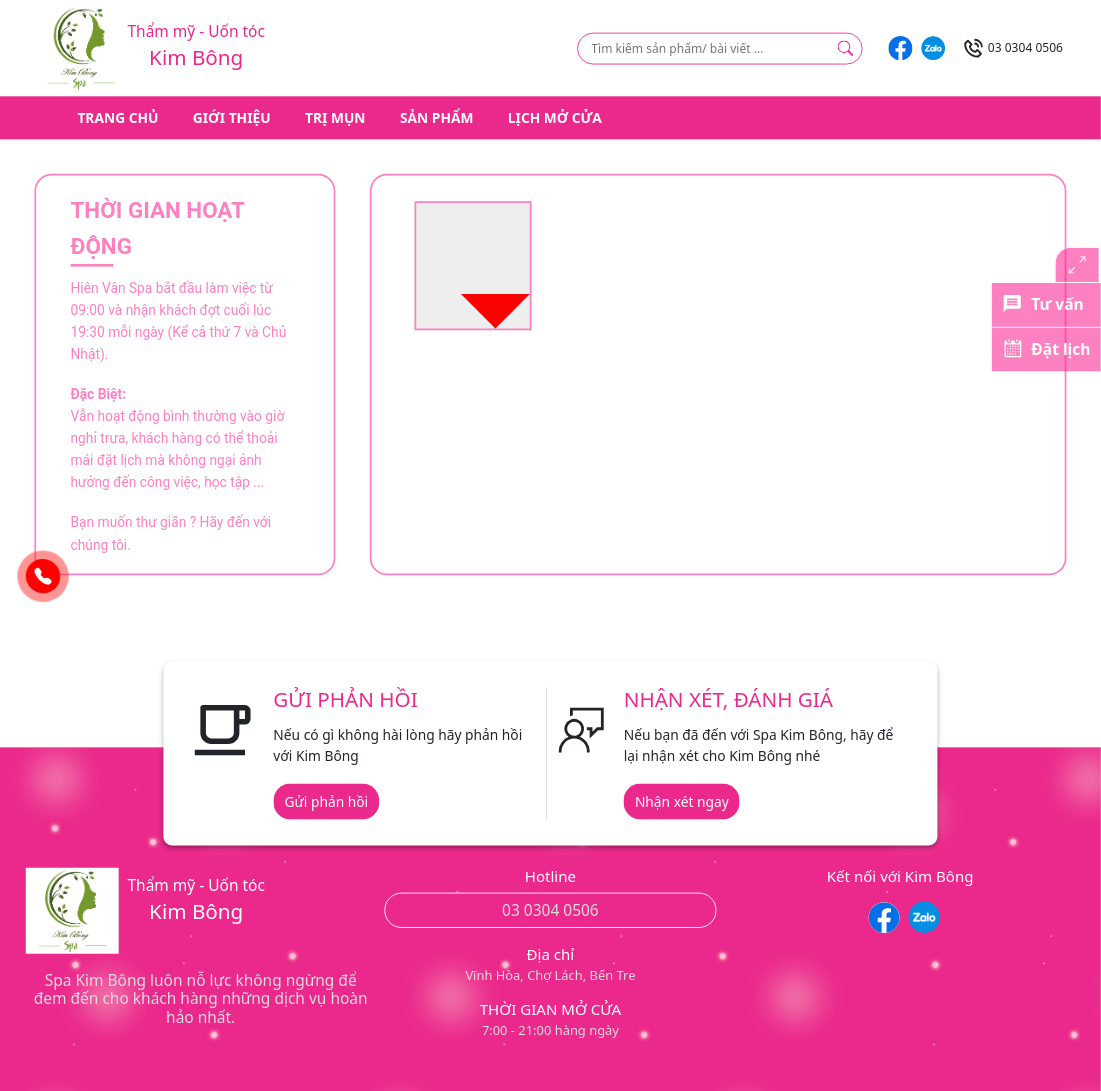
Repository: tranduykhuong/SpaKimBong
Page: /calendar
The author's editor kept a copy of each file at every save. The page is drawn from the files as they stood at one save, then again after the next save.
The browser window is 1280 px wide. The pictures show the whole page, at 86% of full size.
The project was rebuilt for these pictures with package versions that can differ from the ones it lists, and the page was loaded fresh each time. Also part of the build but not shown: src/components/Banner/banner.scss, src/components/Banner/Banner.js, src/pages/Home/home.scss, src/pages/Home/ListImage/listImage.scss, src/pages/Home/ListImage/ListImage.js, src/pages/Home/BookOnline/bookOnl.scss, src/pages/Home/BookOnline/Modal/ModalBook/modalbook.scss, src/pages/Home/BookOnline/Modal/ModalBook/modalbook.js and 24 more.

Above is the page before, as saved 2022-06-07 10:21:58.

### src/App.js
import "./App.scss";
import Header from "./components/Header/Header";
import Home from "./pages/Home/Home";
import "bootstrap/dist/css/bootstrap.min.css";
import { Route, Routes } from "react-router-dom";
import About from "./pages/About/About";
import Products from "./pages/Product/Products";
import ProductDetail from "./pages/Product/ProductDetail/ProductDetail";
import AcneTreatment from "./pages/AcneTreatment/AcneTreatment";
import ContactToolbox from "./components/ContactToolbox/ContactToolbox";
import BackToTop from "./components/BackToTop/BackToTop";
import PhoneTool from "./components/PhoneTool/PhoneTool";
import Calendar from "./pages/Calendar/Calendar";

function App() {
  return (
    <div className="App">
      <Header />
      <ContactToolbox />
      <BackToTop />
      <PhoneTool />
      <Routes>
        <Route path="/" element={<Home />} />
        <Route path="/about" element={<About />} />
        <Route path="/products" element={<Products />} />
        <Route path="/acne" element={<AcneTreatment />} />
        <Route path="/calendar" element={<Calendar />} />

        <Route path="/products/1" element={<ProductDetail />} />
      </Routes>
    </div>
  );
}

export default App;

### src/components/ContactToolbox/ContactToolbox.js
import React, { useState } from "react";
import "./contactToolbox.scss";
import { MdMessage } from "react-icons/md";
import { GoCalendar } from "react-icons/go";
import { BsArrowsAngleExpand } from "react-icons/bs";

const ContactToolbox = () => {
  const [hidden, setHidden] = useState(false);

  return (
    <div className="contactFixed">
      <div className="toolboxScroll" onClick={() => setHidden((prev) => !prev)}>
        <BsArrowsAngleExpand className="iconArrow" />
      </div>
      <div className={"toolboxList " + (hidden ? "hidden" : "open")}>
        <div className="advise toolboxItem">
          <MdMessage className="iconMessage" />
          <p>Tư vấn</p>
        </div>
        <div className="book toolboxItem">
          <GoCalendar className="iconCalendar" />
          <p>Đặt lịch</p>
        </div>
      </div>
    </div>
  );
};

export default ContactToolbox;

### src/components/BackToTop/BackToTop.js
import React, { useEffect, useState } from "react";
import "./backToTop.scss";
import { FaRegArrowAltCircleUp } from "react-icons/fa";

const BackToTop = () => {
  const [clicked, setClick] = useState(true);
  const [hiddenArrow, setHiddenArrow] = useState(true);

  useEffect(() => {
    const handleScroll = () => {
      if (window.scrollY > 550) setHiddenArrow(false);
      else setHiddenArrow(true);
    };
    window.addEventListener("scroll", handleScroll);
    return () => {
      window.removeEventListener("scroll", handleScroll);
    };
  }, []);

  useEffect(() => {
    window.scrollTo(0, 0);
  }, [clicked]);

  return (
    <div
      className={"backToTop " + (hiddenArrow ? "" : "show")}
      onClick={() => setClick((prev) => !prev)}
    >
      <FaRegArrowAltCircleUp className="icon" />
    </div>
  );
};

export default BackToTop;

### src/components/PhoneTool/PhoneTool.js
import React from "react";
import "./phoneTool.scss";
import { BsFillTelephoneFill } from "react-icons/bs";

const PhoneTool = () => {
  return (
    <div className="phoneTool">
      <div className="phone">
        <BsFillTelephoneFill className="iconPhone" />
      </div>
      <div className="circle"></div>
    </div>
  );
};

export default PhoneTool;

### src/pages/Calendar/Calendar.js
import React from "react";
import "./calendar.scss";
import Footer from "./../../components/Footer/Footer";

const Calendar = () => {
  return (
    <div>
      <div className="container-calendar">
        <div className="container-bg-calendar">
          <div className="calendar">
            <div className="calendar-content">
              <h3>THỜI GIAN HOẠT ĐỘNG</h3>
              <p>
                Hiên Vân Spa bắt đầu làm việc từ 09:00 và nhận khách đợt cuối
                lúc 19:30 mỗi ngày (Kể cả thứ 7 và Chủ Nhật).
              </p>
              <strong id="special">Đặc Biệt:</strong>
              <p>
                Vẫn hoạt động bình thường vào giờ nghỉ trưa, khách hàng có thể
                thoải mái đặt lịch mà không ngại ảnh hưởng đến công việc, học
                tập ...
              </p>
              <p>Bạn muốn thư giãn ? Hãy đến với chúng tôi.</p>
            </div>

            <div className="calendar-boxs-day">
              <div className="calendar-boxs">
                <div className="calendar-box">
                  {/* <p><strong>MONDAY</strong></p> */}
                </div>
                {/* <div className="calendar-box"></div>
                <div className="calendar-box"></div>
                <div className="calendar-box"></div>
                <div className="calendar-box"></div>
                <div className="calendar-box"></div>
                <div className="calendar-box"></div> */}
              </div>
            </div>
          </div>
        </div>
      </div>

      <Footer />
    </div>
  );
};

export default Calendar;

### src/components/Header/header.scss
@import '../../SCSS/base/variables.scss';
$height-navbar: 5rem;

.header {
    .mg-navbar {
        margin-bottom: $height-navbar;
    }

    .infor {
        max-width: 1200px;
        padding: .6rem 0;
        display: flex;
        justify-content: space-between;
        margin: 0 auto;

        .logo {
            display: flex;
            flex: 1;

            img {
                height: 10rem;
            }

            .nameSpa {
                color: $main-color;
                margin: auto 0;

                h4 {
                    font-size: 1.8rem;
                    font-weight: 500;
                }

                h2 {
                    font-size: 2.4rem;
                }
            }
        }


        .search {
            margin: auto 0;
            border-radius: 50px;
            border: solid .1rem $main-color;
            height: 37px;
            display: flex;

            input {
                font-size: 1.4rem;
                margin: auto 16px;
                min-width: 26rem;
                border: none;
                outline: none;
            }

            .icon {
                margin: auto 10px;
                cursor: pointer;
            }

            .iconSearch {
                width: 1.8rem;
                height: 1.8rem;
                color: $main-color;

                &:hover {
                    color: #f867b2;
                }
            }
        }

        .contact {
            display: flex;
            margin-left: 20px;

            .icon {
                margin: auto 0;
                margin-left: 10px;

            }

            .iconFacebook {
                width: 2.8rem;
                height: 2.8rem;
                color: rgba($color: #0570e6, $alpha: 1.0);
            }

            .iconZalo {
                width: 2.8rem;
                height: 2.8rem;
                border-radius: 50%;
            }

            .phone {
                margin: auto 0;
                margin-left: 20px;
                display: flex;

                .iconPhone {
                    width: 2.6rem;
                    height: 2.6rem;
                }

                h3 {
                    font-size: 1.4rem;
                    font-weight: 500;
                    margin: auto 4px;
                }
            }

        }
    }

    .fixedNavbar {
        position: fixed;
        top: 0;
        left: 0;
        z-index: 50;
        width: 100%;
        animation: fixedNavbar 1s forwards;
    }

    @keyframes fixedNavbar {
        from {
            top: -5rem;
            opacity: 0;
        }

        to {
            top: 0;
            opacity: 1;
        }
    }

    .myNavbar {
        height: $height-navbar;
        background-color: $main-color;

        .navbarContent {
            max-width: 1200px;
            margin: 0 auto;

            .navbarList {
                display: flex;
                margin: 0 1rem;
                // justify-content: space-evenly;

                li {
                    list-style: none;

                    a {
                        line-height: $height-navbar;
                        height: $height-navbar;
                        display: block;
                        color: #fff;
                        font-size: 1.6rem;
                        font-weight: 600;
                        text-decoration: none;
                        padding: 0 2rem;
                    }

                    &:hover {
                        background-color: #f844a1;
                        cursor: pointer;
                    }
                }

                .active {
                    background-color: #dd0876;
                }
            }
        }
    }
}

### src/components/Footer/Footer.js
import React, { useEffect } from "react";
import "./footer.scss";
import { BsFacebook } from "react-icons/bs";
import { RiCupLine } from "react-icons/ri";
import { VscFeedback } from "react-icons/vsc";

const Footer = () => {
  return (
    <div className="footer">
      <div className="logo">
        <div className="info">
          <img src="../../img/logoSpa.png" alt="" />
          <div className="nameSpa">
            <h4>Thẩm mỹ - Uốn tóc</h4>
            <h2>Kim Bông</h2>
          </div>
        </div>

        <h5>
          Spa Kim Bông luôn nỗ lực không ngừng để đem đến cho khách hàng những
          dịch vụ hoàn hảo nhất.
        </h5>
      </div>

      <div className="address">
        <h3>Hotline</h3>
        <div className="hotline">03 0304 0506</div>
        <h3>Địa chỉ</h3>
        <h4>Vĩnh Hòa, Chợ Lách, Bến Tre</h4>
        <h3>THỜI GIAN MỞ CỬA</h3>
        <h4>7:00 - 21:00 hàng ngày</h4>
      </div>
      <div className="contact">
        <h3>Kết nối với Kim Bông</h3>
        <a href="/" className="icon">
          <BsFacebook className="iconFacebook" />
        </a>
        <a href="/" className="icon">
          <img src="../../img/Zalo.png" alt="" className="iconZalo" />
        </a>
      </div>

      <div className="subFooter">
        <div className="report">
          <RiCupLine className="icon" />
          <div>
            <h3>Gửi phản hồi</h3>
            <p>Nếu có gì không hài lòng hãy phản hồi với Kim Bông</p>
            <div className="btn">Gửi phản hồi</div>
          </div>
        </div>
        <div className="feedback">
          <VscFeedback className="icon" />
          <div>
            <h3>Nhận xét, Đánh giá</h3>
            <p>
              Nếu bạn đã đến với Spa Kim Bông, hãy để lại nhận xét cho Kim Bông
              nhé
            </p>
            <div className="btn">Nhận xét ngay</div>
          </div>
        </div>
      </div>
    </div>
  );
};

export default Footer;

### src/components/ContactToolbox/contactToolbox.scss
.contactFixed {
    position: fixed;
    top: 50%;
    transform: translateY(-50%);
    right: 0;
    z-index: 100;
    cursor: pointer;

    .toolboxScroll {
        border-top-left-radius: 1.8rem;
        background-color: rgba($color: #fc2c97, $alpha: 0.6);
        width: 5rem;
        padding: 1rem;
        color: #fff;
        transform: translateX(149%);
        border-bottom: 1px solid #fff;

        .iconArrow {
            width: 2rem;
            height: 2rem;
        }
    }

    .toolboxList {
        background-color: rgba($color: #fc2c97, $alpha: 0.6);


        .toolboxItem {
            display: flex;
            padding: 1.2rem;
            color: #fff;

            p {
                font-size: 1.8rem;
                margin: 0;
                padding-left: 1rem;
                font-weight: 600;
            }
        }

        .advise {
            border-bottom: 1px solid #fff;

            .iconMessage {
                width: 2.4rem;
                height: 2.4rem;
            }
        }

        .book {

            .iconCalendar {
                width: 2.4rem;
                height: 2.4rem;
            }
        }
    }

    .hidden {
        animation: toRight 0.8s linear forwards;
    }

    .open {
        animation: toLeft 0.8s linear backwards;
    }

    @keyframes toRight {
        to {
            transform: translateX(62%);
        }
    }

    @keyframes toLeft {
        from {
            transform: translateX(62%);

        }

        to {
            transform: translateX(0);
        }
    }
}

### src/components/BackToTop/backToTop.scss
.backToTop {
    position: fixed;
    bottom: 2rem;
    right: 2rem;
    z-index: 100;
    display: none;

    .icon {
        width: 4rem;
        height: 4rem;
        color: #fa72b8;
        cursor: pointer;
    }
}

.show {
    animation: FadeIn 0.8s forwards;
    display: block;

    @keyframes FadeIn {
        from {
            bottom: 0;
        }

        to {
            bottom: 2rem;
        }
    }
}

### src/components/PhoneTool/phoneTool.scss
.phoneTool {
    position: fixed;
    width: 6rem;
    height: 6rem;
    left: 1rem;
    border-radius: 50%;
    bottom: 3rem;
    z-index: 100;
    cursor: pointer;

    .phone {
        position: absolute;
        z-index: 5;
        top: 34%;
        left: 34%;
        background-color: red;
        padding: 1rem;
        border-radius: 50%;
        animation: phoneSkin 1s infinite ease-in-out;

        .iconPhone {
            height: 2rem;
            width: 2rem;
            color: #fff;

        }

        @keyframes phoneSkin {
            0% {
                transform: rotate(0) scale(1) skew(1deg);
            }

            10% {
                transform: rotate(-25deg) scale(1) skew(1deg);
            }

            20% {
                transform: rotate(25deg) scale(1) skew(1deg);
            }

            30% {
                transform: rotate(-25deg) scale(1) skew(1deg);
            }

            40% {
                transform: rotate(25deg) scale(1) skew(1deg);
            }

            50% {
                transform: rotate(0) scale(1) skew(1deg);
            }

            100% {
                transform: rotate(0) scale(1) skew(1deg);
            }
        }
    }

    .circle {
        position: absolute;
        width: 6rem;
        height: 6rem;
        border-radius: 50%;
        top: 16%;
        left: 16%;
        background-color: rgba($color: rgb(255, 42, 42), $alpha: 0.5);
        animation: zoom 1s infinite;

        @keyframes zoom {
            0% {
                transform: scale(0.9);
            }

            70% {
                transform: scale(1);
                box-shadow: 0 0 0 15px transparent;
            }

            100% {
                transform: scale(0.9);
                box-shadow: 0 0 0 0 transparent;
            }
        }
    }
}

### src/pages/Calendar/calendar.scss
.container-calendar {
  .container-bg-calendar {
    .calendar {
      display: flex;
      width: 100%;
      text-align: left;
      padding: 4rem;
      font-family: "Roboto", sans-serif;

      .calendar-content {
        width: 30%;
        border: solid 2px #fd80c1;
        // border-bottom-left-radius: 20px;
        // border-top-left-radius: 20px;
        // border-top-right-radius: 20px;
        border-radius: 20px;
        padding: 2rem 4rem 0;
        margin-right: 4rem;
        h3 {
          margin: 0 0 13px;
          color: #fd80c1;
          font-size: 26px;
          font-weight: bold;
          line-height: 1.6;
        }

        h3:after {
          content: "";
          display: block;
          width: 5rem;
          height: 0.25rem;
          background: #fd80c1;
        }

        #special {
          color: #fd80c1;
          font-size: 16px;
          line-height: 1.6;
          margin-bottom: 0;
        }

        p {
          margin: 0 0 21px;
          color: #fd80c1;
          font-size: 16px;
          line-height: 1.6;
        }
      }

      .calendar-boxs-day {
        width: 70%;
        border: solid 2px #fd80c1;
        border-radius: 20px;
        padding: 3rem 0 2rem 5rem;

        .calendar-boxs {
          display: flex;
          width: 100%;
          flex-wrap: wrap;

          .calendar-box {
            margin: 0 1rem 1rem 0;
            width: 18%;
            height: 15rem;
            border: solid 2px #fd80c1;
            // border-bottom-right-radius: 2rem;


            // margin: 10px;
            // width: 300px;
            // height: 200px;
            background-color: #eee;
            // border-radius: 30px;
            position: relative;

            // p{
            //   font: 30px "Roboto", sans-serif;
            // }
          }
          .calendar-box:before {
            content: "";
            position: absolute;
            bottom: 0;
            right: 0;
            border-top: 4rem solid red;
            border-right: 4rem solid transparent;
            border-left: 4rem solid transparent;
          }
        }
      }
    }
  }
}

### src/SCSS/base/variables.scss
$main-color: #eb288c;
$text-color: #444;
$title-color: #fff;

### src/components/Footer/footer.scss
@import '../../SCSS/base/variables.scss';

.footer {
    background-image: url(../../../public/img/sparkle1.png), url(../../../public/img/sparkle2.png);
    width: 100%;
    height: 400px;
    background-color: $main-color;
    animation: sparkle 60s linear infinite;
    padding: 14rem 3rem 0;
    display: flex;
    justify-content: space-around;
    position: relative;
    margin-top: 16rem;

    .logo {
        flex: 1;

        .info {
            display: flex;

            img {
                height: 10rem;
            }

            .nameSpa {
                color: $title-color;
                margin: 1rem;

                h4 {
                    font-size: 1.8rem;
                    font-weight: 500;
                }

                h2 {
                    font-size: 2.4rem;
                }
            }
        }

        h5 {
            margin: 2rem .6rem;
            font-size: 1.8rem;
            font-weight: 400;
            color: #ddd;
        }
    }

    .contact {
        flex: 1;
        text-align: center;

        h3 {
            margin-bottom: 1.8rem;
            color: $title-color;
        }

        .icon {
            margin: auto 0;
            margin-left: 10px;

        }

        .iconFacebook {
            width: 3.6rem;
            height: 3.6rem;
            color: rgba($color: #0570e6, $alpha: 1.0);
            background-color: $title-color;
            border-radius: 50%;
        }

        .iconZalo {
            width: 3.7rem;
            height: 3.7rem;
            border-radius: 50%;
        }
    }

    .address {
        color: #ddd;
        flex: 1;
        text-align: center;

        h3 {
            // margin-bottom: 2rem;
            color: $title-color;
        }

        h4 {
            margin-bottom: 2rem;
        }

        .hotline {
            padding: .6rem;
            font-size: 1.8rem;
            margin: .8rem 1rem 2rem;
            border: 1px solid $title-color;
            border-radius: 2rem;

            &:hover {
                color: $title-color;
                cursor: pointer;
            }
        }
    }

    @keyframes sparkle {
        0% {
            background-position: 0px 0px, 0px 0px, 0px 0px;
        }

        100% {
            background-position: -500px -1000px, -400px -400px, 300px 300px;
        }
    }

    .subFooter {
        width: 100%;
        max-width: 90rem;
        min-height: 20rem;
        box-shadow: 0 3px 6px -4px rgba(0, 0, 0, 0.2), 0 3px 6px rgba(0, 0, 0, 0.3);

        background-color: #fff;
        border-radius: 1rem;
        z-index: 50;
        top: -10rem;
        left: 50%;
        transform: translateX(-50%);
        position: absolute;
        display: flex;
        padding: 3rem;
        justify-content: space-around;

        .report,
        .feedback {
            display: flex;
            flex: 1;
            justify-content: center;
            text-align: left;

            h3 {
                text-transform: uppercase;
                font-size: 2.4rem;
                color: $main-color;
            }

            p {
                font-size: 1.6rem;
                padding: 1rem 1.4rem 1rem 0;
            }

            .icon {
                height: 10rem;
                width: 10rem;
                margin-right: 2rem;
            }

            .btn {
                padding: 0.8rem 1.2rem;
                background-color: $main-color;
                border-radius: 2rem;
                font-size: 1.6rem;
                color: #fff;

                &:hover {
                    background-color: #cc1574;
                }
            }
        }

        .report {
            border-right: 1px solid #ddd;
        }

        .feedback {
            margin-left: 1rem;
        }
    }
}

Loaded but not shown: public/index.html (common file); src/index.js (common file); src/index.css (common file); src/reportWebVitals.js (common file); src/App.scss (common file); src/components/Header/Header.js (92 lines, source omitted)

After the next save:
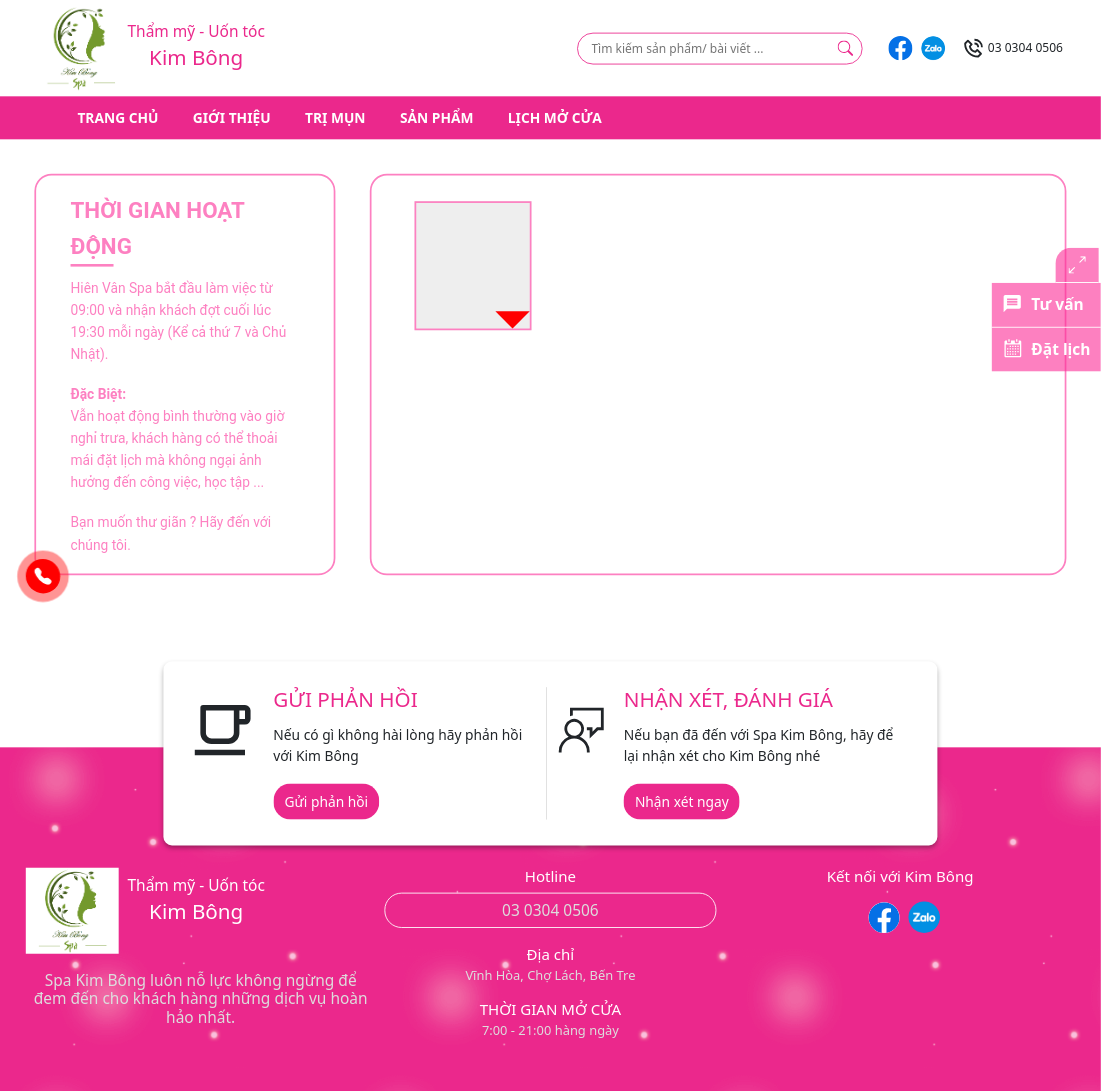
Saved 77 s later.
--- a/src/pages/Calendar/calendar.scss
+++ b/src/pages/Calendar/calendar.scss
@@ -82,9 +82,9 @@
             position: absolute;
             bottom: 0;
             right: 0;
-            border-top: 4rem solid red;
-            border-right: 4rem solid transparent;
-            border-left: 4rem solid transparent;
+            border-top: 2rem solid red;
+            border-right: 2rem solid transparent;
+            border-left: 2rem solid transparent;
           }
         }
       }
